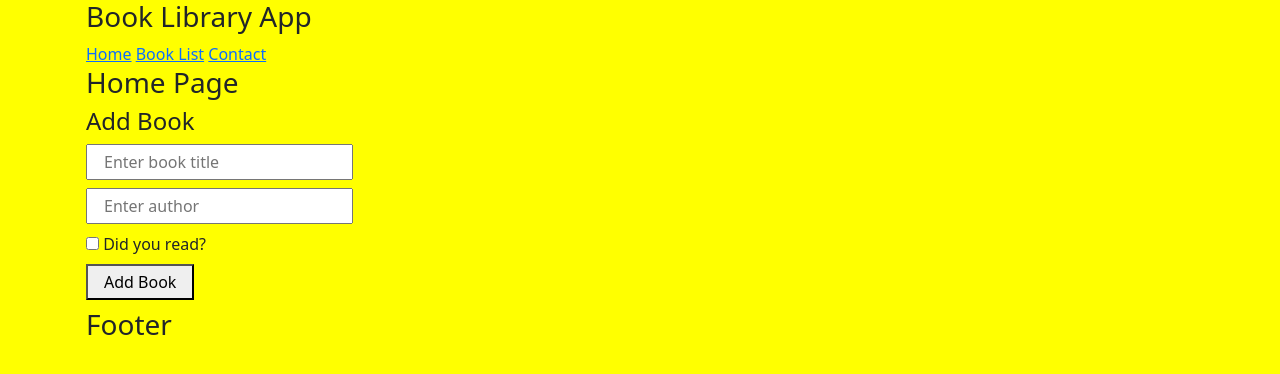
Repository: just-mann/booklibrary-app
Page: http://localhost/
These files come from the project's save history. The page is drawn as it stood at one moment and after the next save; the edit follows.
The browser window is 1280 px wide. The pictures show the whole page.
The page is served by the project's Node server (server.js).

Above is the page before, as saved 2021-06-04 01:26:55.

### views/index.ejs
<!DOCTYPE html>
<html lang="en">
<%- include('./partials/Header') %>
<body>
    <%- include('./partials/Navbar') %>
      <div class="container">
      <h3>Home Page</h3>
        <form action="/books" method="POST">
          <h4>Add Book</h4>
          <div class="titleDiv my-2">
            <input class="px-3 py-1 title" type="text" name="title" id="title" placeholder="Enter book title">
          </div>
          <div class="authorDiv my-2">
            <input class="px-3 py-1 author" type="text" name="author" id="author" placeholder="Enter author">
          </div>
          <div class="readDiv my-2">
            <input class="px-3 py-1 isRead" type="checkbox" name="isRead" id="isRead">
            Did you read?
          </div>
          <div class="buttonDiv my-2">
            <button class="px-3 py-1 addBookBtn">Add Book</button>
          </div>
        </form>
      </div>
    <%- include('./partials/Footer') %>
</body>
</html>

### views/partials/Header.ejs
<head>
    <meta charset="UTF-8">
    <meta name="viewport" content="width=device-width, initial-scale=1.0">
    <title>Bootstrap Site</title>
    <link rel="stylesheet" href="https://stackpath.bootstrapcdn.com/bootstrap/5.0.0-alpha1/css/bootstrap.min.css" integrity="sha384-r4NyP46KrjDleawBgD5tp8Y7UzmLA05oM1iAEQ17CSuDqnUK2+k9luXQOfXJCJ4I" crossorigin="anonymous">
    <script src="https://cdn.jsdelivr.net/npm/popper.js@1.16.0/dist/umd/popper.min.js" integrity="sha384-Q6E9RHvbIyZFJoft+2mJbHaEWldlvI9IOYy5n3zV9zzTtmI3UksdQRVvoxMfooAo" crossorigin="anonymous"></script>
    <script src="https://stackpath.bootstrapcdn.com/bootstrap/5.0.0-alpha1/js/bootstrap.min.js" integrity="sha384-oesi62hOLfzrys4LxRF63OJCXdXDipiYWBnvTl9Y9/TRlw5xlKIEHpNyvvDShgf/" crossorigin="anonymous"></script>
    <link rel="stylesheet" href="/style.css">
  </head>

### views/partials/Navbar.ejs
<nav class="container">
    <h3 class="logo">Book Library App</h3>
    <div class="nav__links">
        <a href="/">Home</a>
        <a href="/booklist">Book List</a>
        <a href="/contact">Contact</a>
    </div>
</nav>

### views/partials/Footer.ejs
<footer>
    <script src="https://ajax.googleapis.com/ajax/libs/jquery/3.5.1/jquery.min.js"></script>
    <script src="/script.js"></script>
    <div class="container">
        <h3>Footer</h3>
    </div>
</footer>

### server.js
const express = require('express');
const app = express();
const MongoClient = require('mongodb').MongoClient;
const dbName = 'firstDbApp';
// const dbCollectionName = 'dbCollection';
const PORT = 5000;

// Set View Engine
app.set('view engine', 'ejs');

// Static Files
app.use(express.static('public'));


// Connect to Database
const dbURI = 'mongodb://127.0.0.1:27017';
MongoClient.connect(dbURI, {useUnifiedTopology: true})
    .then(client => {
        const db = client.db(dbName);
        const myCollection = db.collection('dbCollection');
        app.post('/books', (req, res) => {
            myCollection.insertOne(req.body)
                .then(result => {
                    console.log(result);
                    // res.redirect('/contact');
            // console.log('Data added to database...');
                })
                .catch(err => console.log(err));
        })
    })
    .catch(err => console.log(err));


app.get('/', (req, res) => {
    res.render('index');
})

app.get('/booklist', (req, res) => {
    res.render('bookList');
})

app.get('/contact', (req, res) => {
    res.render('contact');
})


app.listen(PORT, () => console.log(`App is running on PORT ${PORT}`));

### public/style.css
* {
    padding: 0;
    margin: 0;
    box-sizing: border-box;
}

body {
    background: yellow;
}

### public/script.js
$(() => {

    console.log('js File Connected...');
    let titleValue = document.querySelector(".title");
    let authorValue = document.querySelector(".author");
    let isReadValue = document.querySelector(".isRead");
    let addBookBtn = document.querySelector('button');



    addBookBtn.addEventListener('click', addBook);

    function addBook(e) {
        e.preventDefault();
        let book = {
            title: `${titleValue.value}`,
            author: `${authorValue.value}`,
            isRead: `${isReadValue.checked}`,
        }

        console.log(book);
    }
})

After the next save:
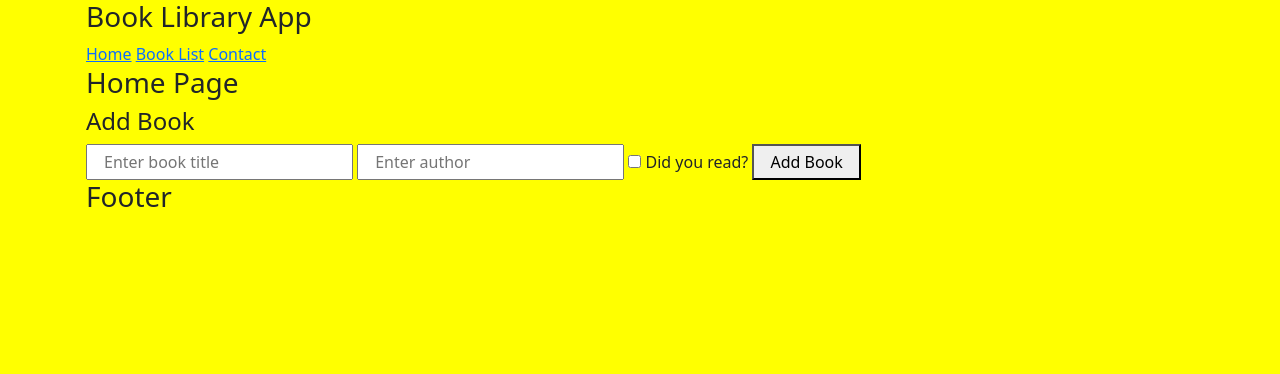
Saved 78 s later.
--- a/views/index.ejs
+++ b/views/index.ejs
@@ -7,19 +7,19 @@
       <h3>Home Page</h3>
         <form action="/books" method="POST">
           <h4>Add Book</h4>
-          <div class="titleDiv my-2">
+          <!-- <div class="titleDiv my-2"> -->
             <input class="px-3 py-1 title" type="text" name="title" id="title" placeholder="Enter book title">
-          </div>
-          <div class="authorDiv my-2">
+          <!-- </div> -->
+          <!-- <div class="authorDiv my-2"> -->
             <input class="px-3 py-1 author" type="text" name="author" id="author" placeholder="Enter author">
-          </div>
-          <div class="readDiv my-2">
+          <!-- </div> -->
+          <!-- <div class="readDiv my-2"> -->
             <input class="px-3 py-1 isRead" type="checkbox" name="isRead" id="isRead">
             Did you read?
-          </div>
-          <div class="buttonDiv my-2">
+          <!-- </div> -->
+          <!-- <div class="buttonDiv my-2"> -->
             <button class="px-3 py-1 addBookBtn">Add Book</button>
-          </div>
+          <!-- </div> -->
         </form>
       </div>
     <%- include('./partials/Footer') %>
